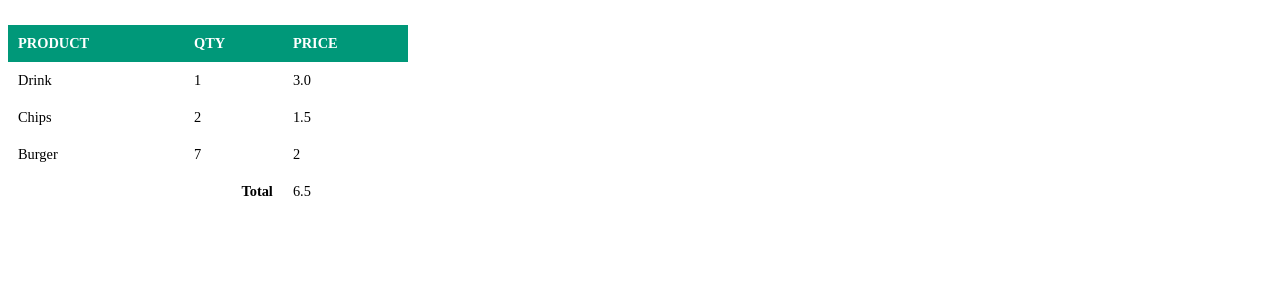
Repository: linas-dev/HTML-CSS-Projects
Page: Basic_HTML_and_CSS/HTML_Table.html
An editor plug-in stored every save of this project. The page is shown before and after the next save, followed by the edit.
The browser window is 1280 px wide. The pictures show the whole page.

Above is the page before, as saved 2021-05-30 10:17:30.

After the next save:
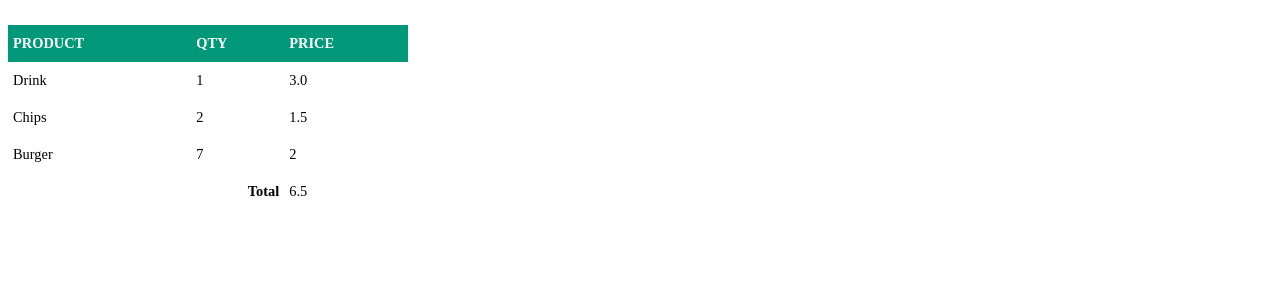
Saved 5 s later.
--- a/Basic_HTML_and_CSS/Basic_CSS_2.css
+++ b/Basic_HTML_and_CSS/Basic_CSS_2.css
@@ -20,5 +20,5 @@ p {
 }
 
 .table th, .table td {
-    padding: 10px 10px;
+    padding: 10px 5px;
 }
